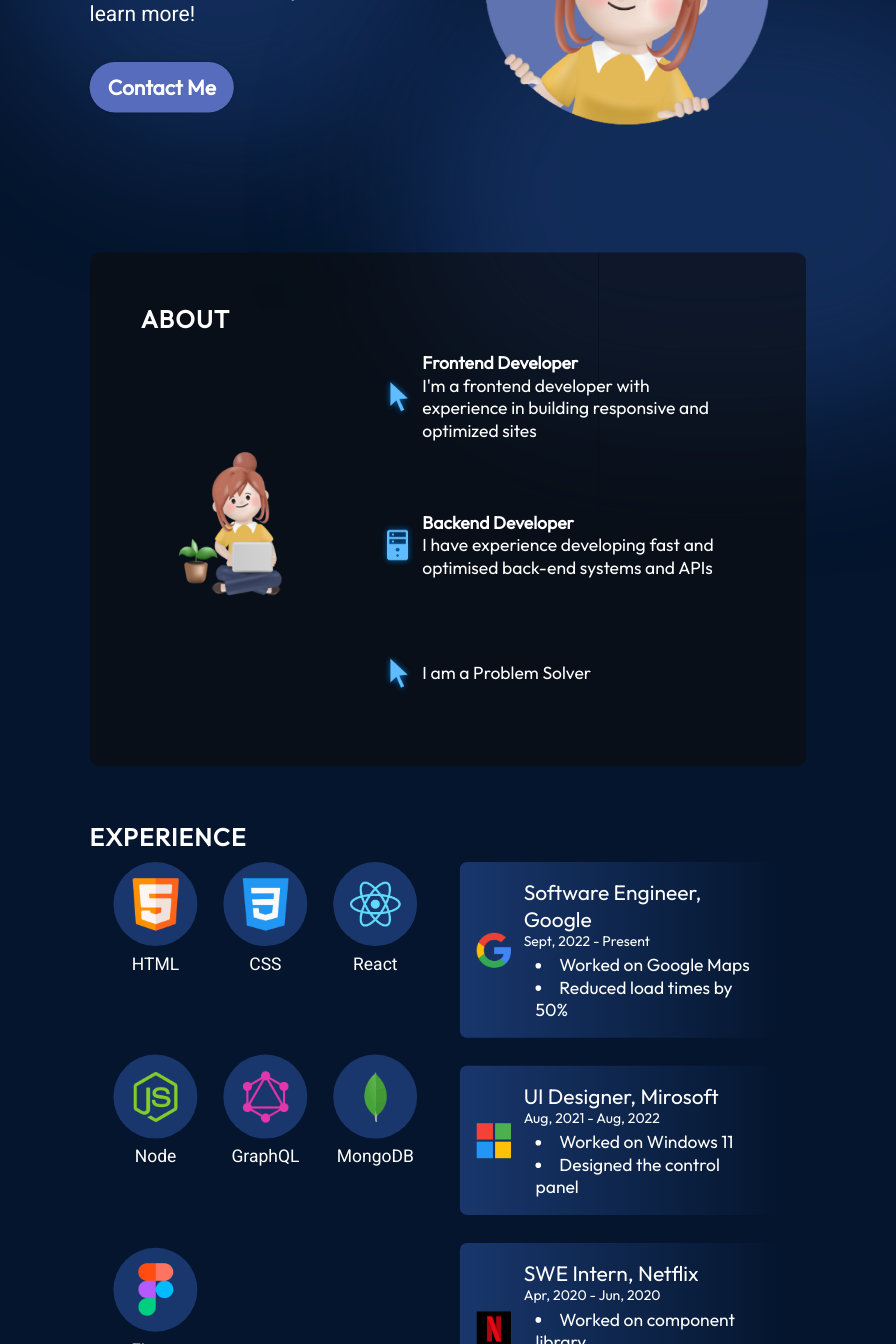
Repository: ARUN-YERRAM/Arun-Yerram-s-Portfolio-Website
Page: /
These files come from the project's save history. The page is drawn as it stood at one moment and after the next save; the edit follows.
The browser window is 1280 px wide. The pictures show the part of the page from y = 442 to 2362 px (the page is 4179 px tall), at 70% of full size.
The project was rebuilt for these pictures with package versions that can differ from the ones it lists, and the page was loaded fresh each time. Also part of the build but not shown: vite.config.js.

Above is the page before, as saved 2024-03-02 06:00:47.

After the next save:
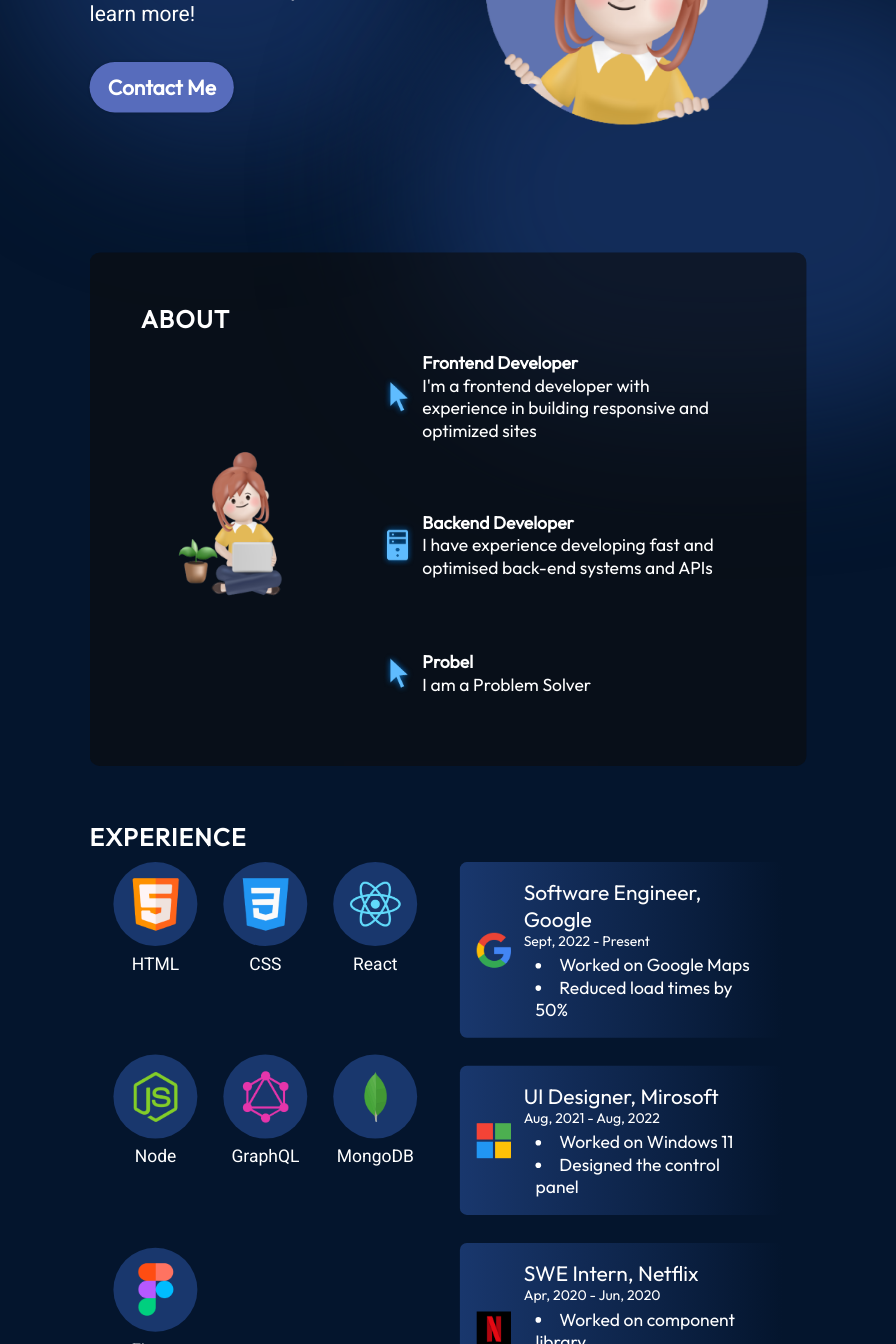
Saved 4 s later.
--- a/src/components/About/About.jsx
+++ b/src/components/About/About.jsx
@@ -38,7 +38,7 @@
             <img src={getImageUrl("about/cursorIcon.png")} alt="UI icon" />
             <div className={styles.aboutItemText}>
               {/* <h3>UI Designer</h3> */}
-              <h3></h3>
+              <h3>Probel</h3>
               <p>
                 {/* I have designed multiple landing pages and have created design */}
                 {/* systems as well */}
